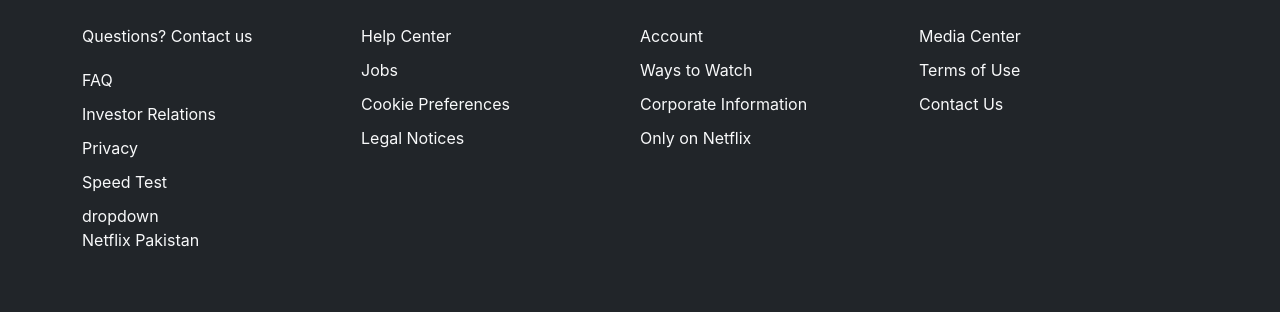
Repository: WajihaGul/Netflix-Clone
Page: /
The author's editor kept a copy of each file at every save. The page is drawn from the files as they stood at one save, then again after the next save.
The browser window is 1280 px wide. The pictures show the part of the page from y = 621 to 1305 px (the page is 933 px tall before and 1305 px after).
The project was rebuilt for these pictures with package versions that can differ from the ones it lists, and the page was loaded fresh each time. Also part of the build but not shown: src/App.css, src/Components/Navbar/Navbar.jsx.

Above is the page before, as saved 2024-05-24 14:33:53.

After the next save:
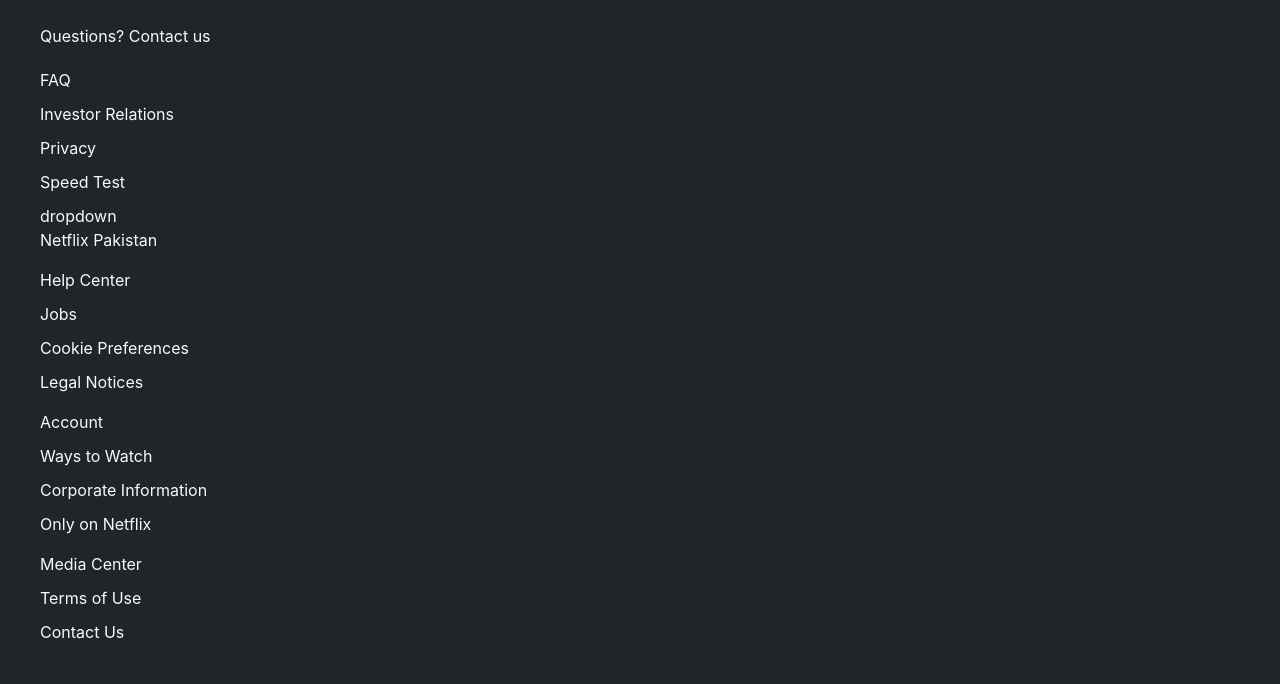
Saved 69 s later.
--- a/src/Components/Footer/Footer.jsx
+++ b/src/Components/Footer/Footer.jsx
@@ -3,7 +3,7 @@
 const Footer = () => {
   return (
     <footer className="bg-dark text-light py-4">
-      <div className="container">
+      <div className={styles.container}>
         <div className="row">
           <div className={styles.FooterHere}>
             <div className="col-lg-12">
--- a/src/Components/Footer/Footer.module.css
+++ b/src/Components/Footer/Footer.module.css
@@ -9,11 +9,11 @@
     justify-content: space-between;
   }
 
-  .FooterHere > div {
+  /* .FooterHere > div {
     flex: 1;
     min-width: 200px;
     margin-bottom: 20px;
-  }
+  } */
 
   ul {
     list-style: none;
@@ -33,13 +33,4 @@
     margin-bottom: 20px;
   }
 
-  @media (max-width: 768px) {
-    .FooterHere {
-      flex-direction: column;
-      align-items: flex-start;
-    }
-
-    .FooterHere > div {
-      min-width: 100%;
-    }
-  }
+s */
